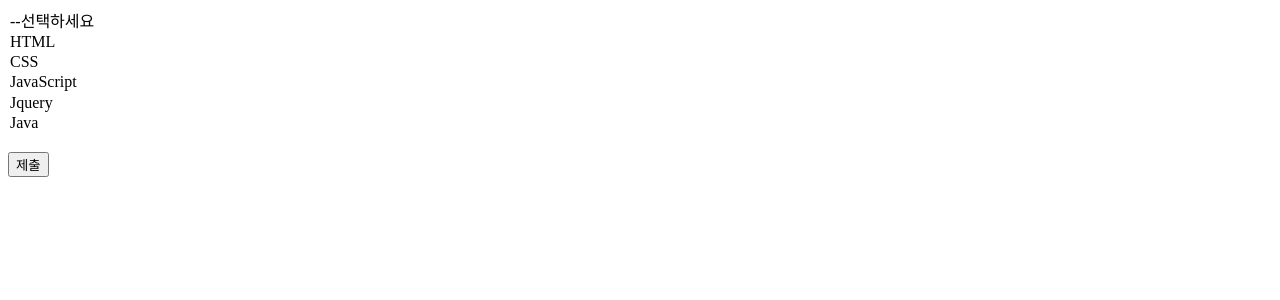
Repository: wooyeonhui/SmartContents
Page: http://localhost/MyHome4/option/optionSend.jsp
An editor plug-in stored every save of this project. The page is shown before and after the next save, followed by the edit.
The browser window is 1280 px wide. The pictures show the whole page.
The page is served by Tomcat 9.

Above is the page before, as saved 2017-01-13 06:12:00.

### Java/workspace_20170111/MyHome4/option/optionSend.jsp
<%@ page language="java" contentType="text/html; charset=utf-8"
    pageEncoding="utf-8"%>
<!DOCTYPE html>
<html>
<head>
<meta http-equiv="Content-Type" content="text/html; charset=utf-8">
<title>Insert title here</title>
</head>
<body>
<form name="form" action="optionReceive.jsp">
    <section name="subject">
           <option value="">--선택하세요</option>
           <option value="1">HTML</option>
           <option value="2">CSS</option>
           <option value="3">JavaScript</option>
           <option value="4">Jquery</option>
           <option value="5">Java</option>
    </section>

    <br>
    <input type="submit" value="제출">

</form>
</body>
</html>

After the next save:
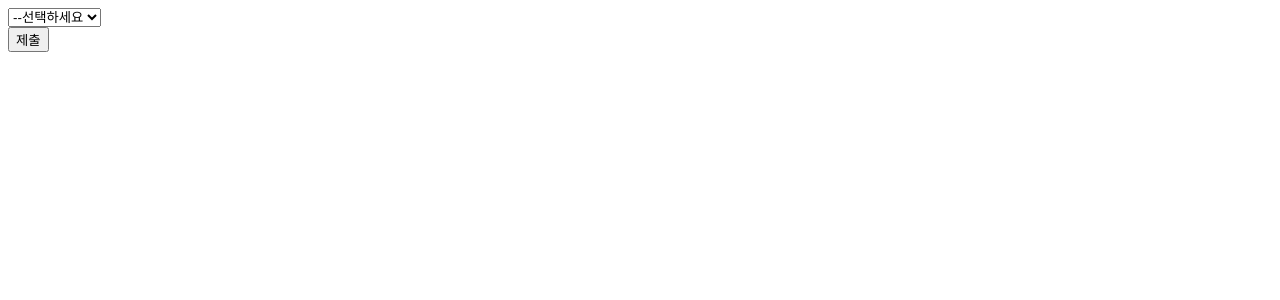
Saved 24 s later.
--- a/Java/workspace_20170111/MyHome4/option/optionSend.jsp
+++ b/Java/workspace_20170111/MyHome4/option/optionSend.jsp
@@ -8,14 +8,14 @@
 </head>
 <body>
 <form name="form" action="optionReceive.jsp">
-    <section name="subject">
+    <select name="subject">
            <option value="">--선택하세요</option>
            <option value="1">HTML</option>
            <option value="2">CSS</option>
            <option value="3">JavaScript</option>
            <option value="4">Jquery</option>
            <option value="5">Java</option>
-    </section>
+    </select>
 
     <br>
     <input type="submit" value="제출">
